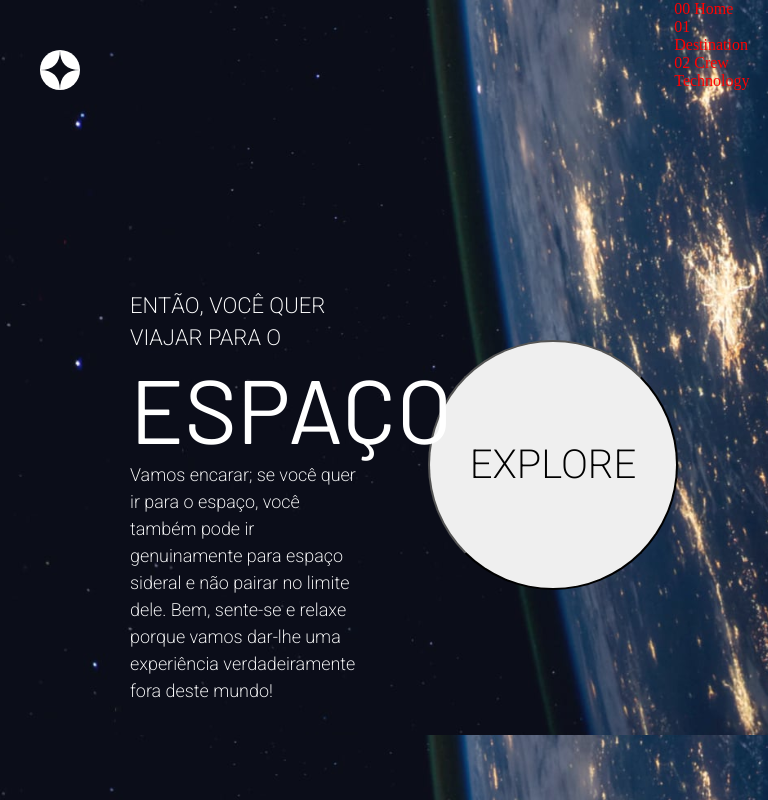
Repository: Leonngc/space-site
Page: space-tourism-website-main/space-tourism-website-main/starter-code/index.html
The author's editor kept a copy of each file at every save. The page is drawn from the files as they stood at one save, then again after a run of saves.
The browser window is 768 px wide. The pictures show the whole page.
Some icons come from a web library that is not loaded, so they are not drawn.

Above is the page before, as saved 2023-04-29 16:25:32.

After the next 2 saves:
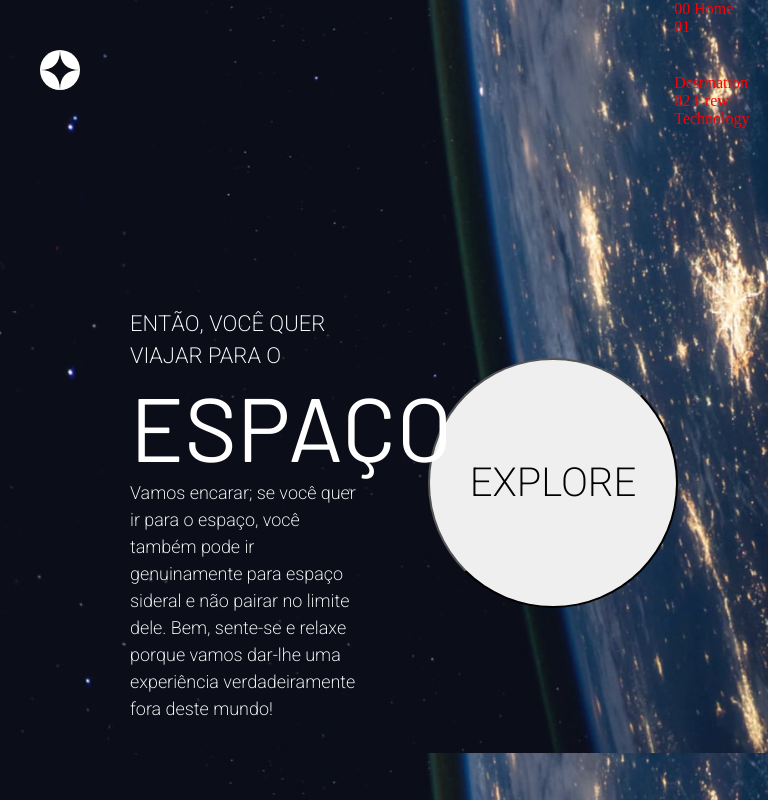
The 2 saves are shown as one change because they came seconds apart.
The last was saved 9 s later.
--- a/space-tourism-website-main/space-tourism-website-main/starter-code/styles/menu.css
+++ b/space-tourism-website-main/space-tourism-website-main/starter-code/styles/menu.css
@@ -74,7 +74,7 @@ header{
         border: none;
         margin-top: 50px;
         float: right;
-        padding: 10px;
+        padding: 12px;
     }
     .menu-mobile{
         list-style: none;
